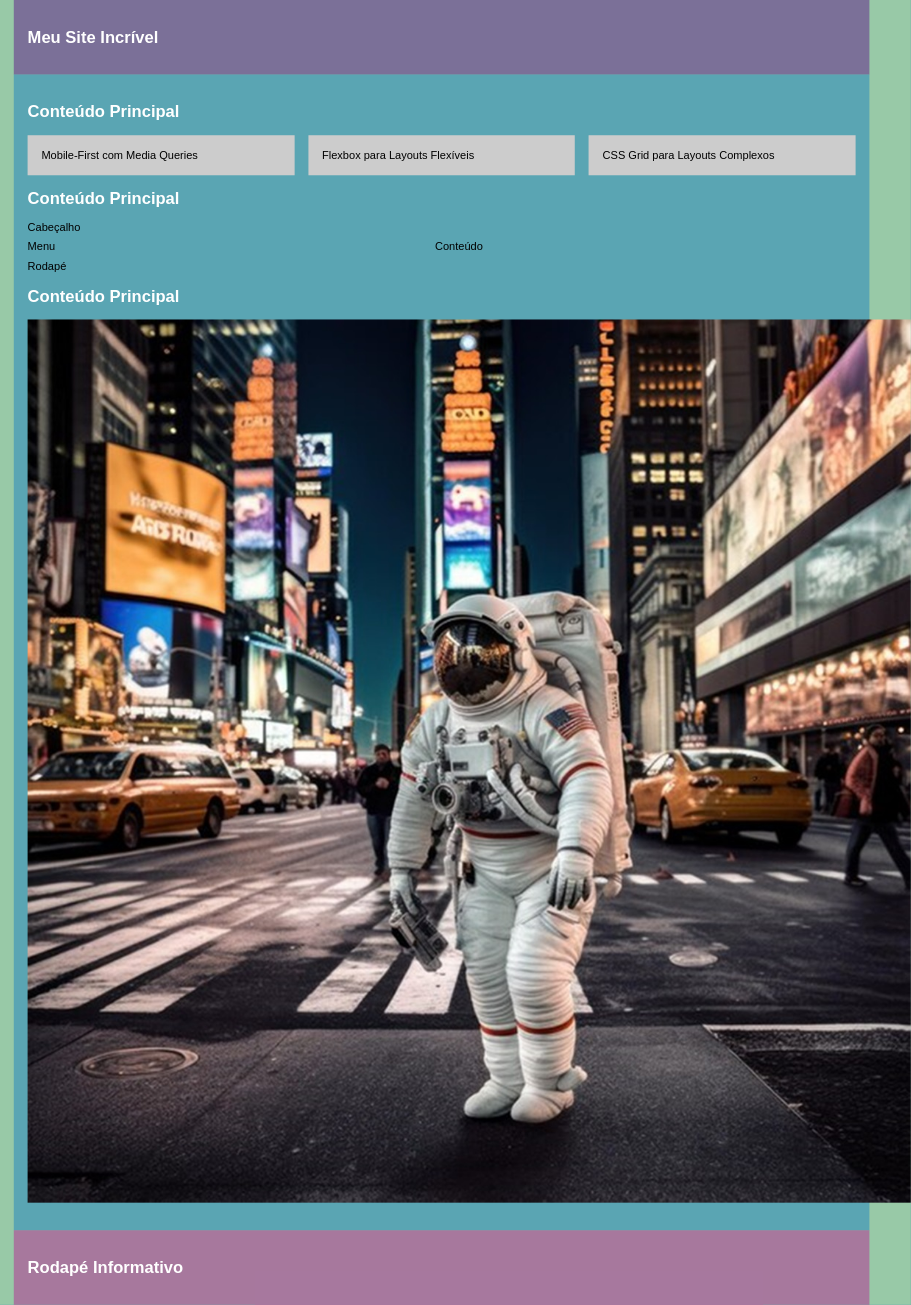
Repository: douglasabnovato/model-lp
Page: index.html
These files come from the project's save history. The page is drawn as it stood at one moment and after the next save; the edit follows.
The browser window is 1280 px wide. The page is 1320 px wide, then 1280 px, so the pictures cover 1320 px, including what lies to the right of the window. The pictures show the whole page, at 69% of full size.

Above is the page before, as saved 2025-02-25 11:22:42.

After the next save:
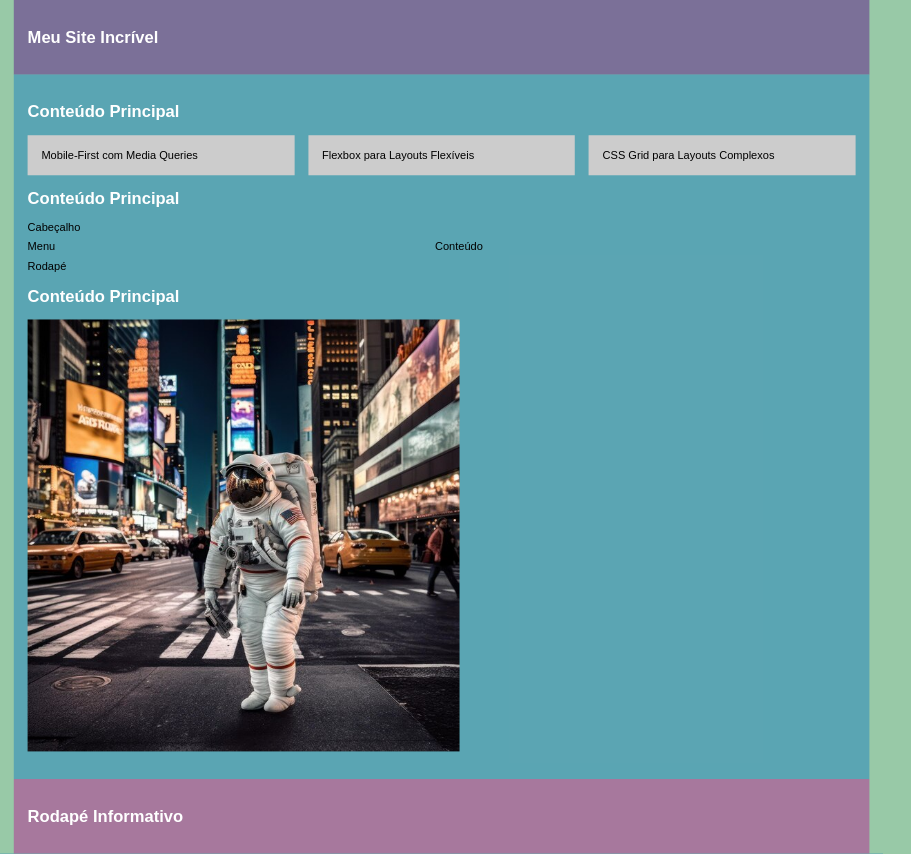
Saved 76 s later.
--- a/index.html
+++ b/index.html
@@ -30,7 +30,6 @@
       <div class="grid-container">
         <img
           src="./assets/astronauta-626.jpg"
-          srcset="./assets/astronauta-768.jpg 768w, ./assets/astronauta-1200.jpg 1200w"
           alt="Astronauta"
         />
       </div>
